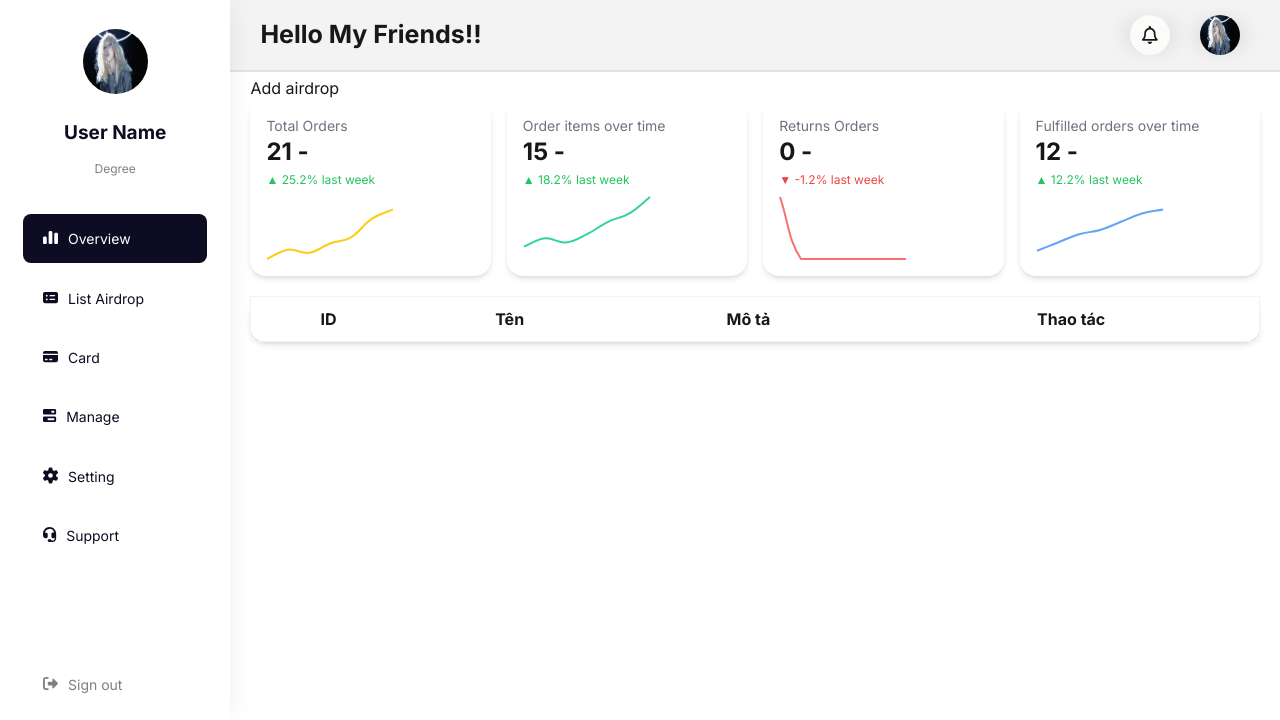
Repository: conGaStuer/airdropmamager
Page: /airdrops
These files come from the project's save history. The page is drawn as it stood at one moment and after the next save; the edit follows.
The browser window is 1280 px wide. The pictures show the whole page.
The page's requests for data from a server got no answer. The project was rebuilt for these pictures with package versions that can differ from the ones it lists, and the page was loaded fresh each time. The framework's server and built-in components were replaced by stand-ins that run in the browser. No one was signed in, and anything a server would have sent is missing. Also part of the build but not shown: next.config.ts.

Above is the page before, as saved 2025-05-26 20:01:26.

### src/app/layout.tsx
// app/layout.tsx
import { Inter } from "next/font/google";
import "../styles/globals.css";
import NavBar from "@/components/NavBar";
import SideBar from "@/components/SideBar";

const inter = Inter({ subsets: ["latin"] });

export const metadata = {
  title: "Airdrop Admin",
  description: "Manage Airdrops",
};

// app/layout.tsx
export default function RootLayout({
  children,
}: {
  children: React.ReactNode;
}) {
  return (
    <html lang="en">
      <body>{children}</body>
    </html>
  );
}

### src/app/airdrops/layout.js
// app/airdrops/layout.js (hoặc layout.tsx nếu bạn dùng TypeScript)
"use client";
import React from "react";
import NavBar from "@/components/NavBar";
import SideBar from "@/components/SideBar";

export default function AirdropLayout({ children }) {
  return (
    <div className="flex">
      <SideBar />
      <div className="flex-1">
        <NavBar />
        <main className="pt-14 ">{children}</main>
      </div>
    </div>
  );
}

### src/app/airdrops/page.js
"use client";
import React from "react";
import { useState, useEffect } from "react";
import axios from "axios";
import { useRouter } from "next/navigation";

import StatCard from "@/components/StatCard";
import "../../styles/table.scss";
export default function AirdropPages() {
  const [airdrops, setAirdrops] = useState([]);

  useEffect(() => {
    const fetchAirdrops = async () => {
      try {
        const res = await axios.get("http://localhost:5000/api/airdrops");
        setAirdrops(res.data);
      } catch (err) {
        console.error("Error fetching airdrops:", err);
      }
    };
    fetchAirdrops();
  }, []);

  const handleDelete = async (id) => {
    if (confirm("Bạn có chắc muốn xóa airdrop này không?")) {
      await axios.delete(`http://localhost:5000/api/airdrops/${id}`);
      const res = await axios.get("http://localhost:5000/api/airdrops");
      setAirdrops(res.data);
    }
  };
  const router = useRouter();
  return (
    <div style={{ padding: 20 }}>
      <button onClick={() => router.push("./airdrops/new")}>Add airdrop</button>
      <div className=" grid grid-cols-1 md:grid-cols-2 lg:grid-cols-4 gap-4">
        <StatCard
          title="Total Orders"
          value={21}
          percentage={25.2}
          isUp={true}
          chartColor="#FACC15" // yellow
          data={[5, 8, 7, 10, 12, 18, 21]}
        />
        <StatCard
          title="Order items over time"
          value={15}
          percentage={18.2}
          isUp={true}
          chartColor="#34D399" // green
          data={[3, 5, 4, 6, 9, 11, 15]}
        />
        <StatCard
          title="Returns Orders"
          value={0}
          percentage={-1.2}
          isUp={false}
          chartColor="#F87171" // red
          data={[1, 0, 0, 0, 0, 0, 0]}
        />
        <StatCard
          title="Fulfilled orders over time"
          value={12}
          percentage={12.2}
          isUp={true}
          chartColor="#60A5FA" // blue
          data={[2, 4, 6, 7, 9, 11, 12]}
        />
      </div>
      <table
        border="1"
        cellPadding="10"
        style={{ marginTop: 20, width: "100%" }}
        className="shadow-md bg-white rounded-2xl "
      >
        <thead>
          <tr>
            <th>ID</th>
            <th>Tên</th>
            <th>Mô tả</th>
            <th>Thao tác</th>
          </tr>
        </thead>
        <tbody>
          {airdrops.map((item) => (
            <tr key={item.id}>
              <td>{item.id}</td>
              <td>{item.name}</td>
              <td>{item.description}</td>
              <td>
                <button
                  onClick={() => router.push(`./airdrops/${item.id}/edit`)}
                >
                  Edit
                </button>
                <button onClick={() => handleDelete(item.id)}>Delete</button>
              </td>
            </tr>
          ))}
        </tbody>
      </table>
    </div>
  );
}

### src/styles/globals.css
@tailwind base;
@tailwind components;
@tailwind utilities;

:root {
  --background: #ffffff;
  --foreground: #171717;
}

@media (prefers-color-scheme: dark) {
  :root {
    --background: #ffffff;
    --foreground: #393737;
  }
}

body {
  color: var(--foreground);
  background: var(--background);
  font-family: inter;
  background-size: cover;
  background-position: center;
}

### src/components/NavBar.js
import React from "react";
import "../styles/navbar.scss";
import { FontAwesomeIcon } from "@fortawesome/react-fontawesome";
import {
  faEdit,
  faTrash,
  faRectangleList,
  faChartSimple,
  faCreditCard,
  faBarsProgress,
  faGear,
  faHeadset,
  faRightFromBracket,
  faRing,
} from "@fortawesome/free-solid-svg-icons";
import { faBell } from "@fortawesome/free-regular-svg-icons";
import Image from "next/image";
export default function NavBar() {
  return (
    <div className="nav-side">
      <p>Hello My Friends!!</p>
      <div className="menu">
        <div className="iconn">
          <FontAwesomeIcon icon={faBell} className="icon" />
        </div>
        <Image src="/styles/avt.jpg" alt="Avatar" width={20} height={20} />
      </div>
    </div>
  );
}

### src/components/SideBar.js
import React from "react";
import "../styles/sideBar.scss";
import { FontAwesomeIcon } from "@fortawesome/react-fontawesome";
import {
  faEdit,
  faTrash,
  faRectangleList,
  faChartSimple,
  faCreditCard,
  faBarsProgress,
  faGear,
  faHeadset,
  faRightFromBracket,
} from "@fortawesome/free-solid-svg-icons";
import Image from "next/image";
import Link from "next/link";
export default function SideBar() {
  return (
    <div className="side-bar">
      <div className="side-info">
        <div className="user-profile">
          <Image src="/styles/avt.jpg" alt="Avatar" width={80} height={80} />
          <h4>User Name</h4>
          <p>Degree</p>
        </div>
      </div>
      <div className="side-menu">
        <div className="menu-element menu-element1">
          <FontAwesomeIcon icon={faChartSimple} className="icon" />

          <span>Overview</span>
        </div>
        <Link href="./airdrops" className="menu-element">
          <FontAwesomeIcon icon={faRectangleList} className="icon" />

          <span>List Airdrop</span>
        </Link>
        <div className="menu-element">
          <FontAwesomeIcon icon={faCreditCard} className="icon" />
          <span>Card</span>
        </div>
        <div className="menu-element">
          <FontAwesomeIcon icon={faBarsProgress} className="icon" />
          <span>Manage</span>
        </div>
        <div className="menu-element">
          <FontAwesomeIcon icon={faGear} className="icon" />
          <span>Setting</span>
        </div>
        <div className="menu-element">
          <FontAwesomeIcon icon={faHeadset} className="icon" />

          <span>Support</span>
        </div>
      </div>
      <div className="side-logout">
        <FontAwesomeIcon icon={faRightFromBracket} className="icon" />
        <span>Sign out</span>
      </div>
    </div>
  );
}

### src/components/StatCard.js
import { Line } from "react-chartjs-2";
import {
  Chart as ChartJS,
  LineElement,
  CategoryScale,
  LinearScale,
  PointElement,
} from "chart.js";

ChartJS.register(LineElement, CategoryScale, LinearScale, PointElement);

export default function StatCard({
  title,
  value,
  percentage,
  chartColor,
  data,
  isUp,
}) {
  return (
    <div className="bg-white p-4 rounded-2xl shadow-md">
      <div className="text-sm text-gray-500">{title}</div>
      <div className="flex items-center justify-between">
        <div className="text-2xl font-bold">{value} -</div>
      </div>
      <div className="flex items-center text-xs text-gray-400 mt-1">
        <span className={isUp ? "text-green-500" : "text-red-500"}>
          {isUp ? "▲" : "▼"} {percentage}% last week
        </span>
      </div>
      <div className="h-16 mt-2">
        <Line
          data={{
            labels: data.map((_, i) => i),
            datasets: [
              {
                data,
                borderColor: chartColor,
                borderWidth: 2,
                tension: 0.4,
                pointRadius: 0,
              },
            ],
          }}
          options={{
            responsive: true,
            plugins: {
              legend: { display: false },
              tooltip: { enabled: false },
            },
            scales: {
              x: { display: false },
              y: { display: false },
            },
          }}
        />
      </div>
    </div>
  );
}

### src/styles/table.scss
table {
  border: 1px solid #f3f3f3;
}

### src/styles/navbar.scss
@mixin center-div {
  display: flex;

  justify-content: space-between;
  align-items: center;
}
@mixin no-space-text {
  margin: 0px;
  padding: 0px;
}
.nav-side {
  width: 82%;
  height: 10vh;
  background-color: #f3f3f3;
  position: fixed;
  float: right;
  right: 0px;

  border-bottom-right-radius: 0px;
  @include center-div();
  padding-left: 30px;
  padding-right: 40px;
  border-bottom: 2px solid rgb(226, 226, 226);
  p {
    font-size: 25px;
    font-weight: bold;
    font-family: "Inter", sans-serif;
  }
  .menu {
    width: 120px;
    height: 90%;
    @include center-div();

    .iconn {
      width: 40px;
      height: 40px;
      background-color: #fbfbfa;
      border-radius: 50%;
      @include center-div();
      justify-content: center;
      position: relative;
      left: 10px;
      box-shadow: 10px 0 20px -5px rgba(0, 0, 0, 0.1),
        -10px 0 20px -5px rgba(0, 0, 0, 0.1);

      .icon {
        font-size: 18px;
      }
    }
    img {
      width: 40px;
      height: 40px;
      border-radius: 50%;
      box-shadow: 10px 0 20px -5px rgba(0, 0, 0, 0.1),
        -10px 0 20px -5px rgba(0, 0, 0, 0.1);
    }
  }
}

### src/styles/sideBar.scss
@mixin center-div {
  display: flex;
  flex-direction: column;
  justify-content: space-between;
  align-items: center;
}
@mixin no-space-text {
  margin: 0px;
  padding: 0px;
}
.side-bar {
  font-family: "Inter", sans-serif;
  @include center-div();
  width: 18%;
  height: 100vh;
  background-color: white;
  color: #808080;
  box-shadow: 10px 0 20px -5px rgba(0, 0, 0, 0.05),
    -10px 0 20px -5px rgba(0, 0, 0, 0.05);
  z-index: 1;
  .icon {
    font-size: 15px;
    margin-right: 10px;
    position: relative;
    top: -1px;
  }
  .side-info {
    width: 80%;
    height: 34%;
    display: flex;
    flex-direction: column;
    justify-content: space-around;
    align-items: center;
    position: relative;
    top: -10px;
    h4 {
      @include no-space-text();
      font-size: 18px;
      font-weight: bold;
    }
    .user-profile {
      width: 75%;
      height: 68%;
      @include center-div();

      img {
        width: 65px;
        height: 65px;
        border-radius: 50%;
      }
      h4 {
        font-size: 19px;
        font-weight: bold;
        @include no-space-text();
        position: relative;
        top: -3px;
        color: #0d0c22;
      }
      p {
        @include no-space-text();
        font-size: 12px;
        position: relative;
        top: -18px;
      }
    }
  }
  .side-menu {
    width: 80%;
    height: 48%;
    @include center-div();
    position: relative;
    top: -65px;
    .menu-element {
      width: 100%;
      height: 14%;
      background-color: white;
      border-radius: 8px;
      font-size: 14px;
      display: flex;
      align-items: center;
      padding: 20px;
      color: #0d0c22;
    }
    .menu-element1 {
      background-color: #0d0c22;
      color: white;
    }
  }
  .side-logout {
    width: 80%;
    height: 7%;
    display: flex;
    align-items: center;
    padding: 20px;
    margin-bottom: 10px;
    span {
      font-size: 14px;
    }
  }
}

### tailwind.config.ts
import type { Config } from "tailwindcss";

export default {
  content: [
    "./src/pages/**/*.{js,ts,jsx,tsx,mdx}",
    "./src/components/**/*.{js,ts,jsx,tsx,mdx}",
    "./src/app/**/*.{js,ts,jsx,tsx,mdx}",
  ],
  theme: {
    extend: {
      colors: {
        background: "var(--background)",
        foreground: "var(--foreground)",
      },
      fontFamily: {
        sans: ["var(--font-inter)", "sans-serif"],
      },
    },
  },
  plugins: [],
} satisfies Config;

After the next save:
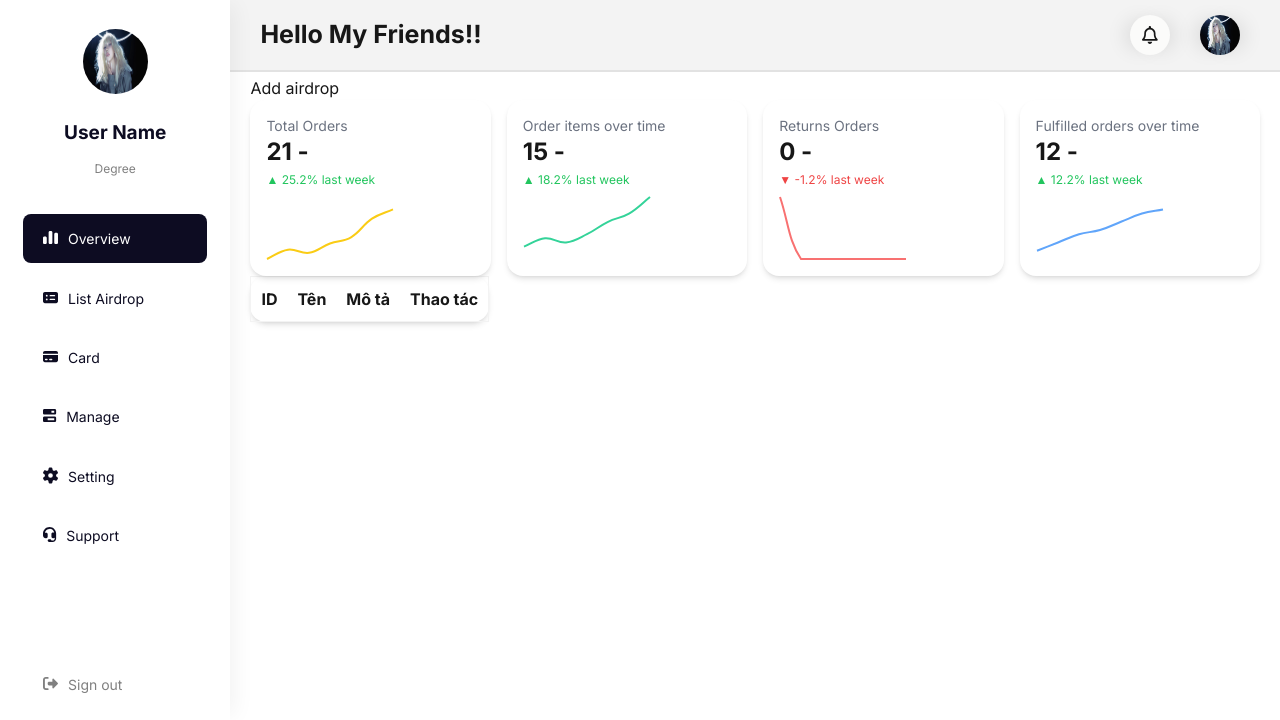
Saved 7 s later.
--- a/src/app/airdrops/page.js
+++ b/src/app/airdrops/page.js
@@ -69,7 +69,6 @@
       <table
         border="1"
         cellPadding="10"
-        style={{ marginTop: 20, width: "100%" }}
         className="shadow-md bg-white rounded-2xl "
       >
         <thead>

After the save that followed:
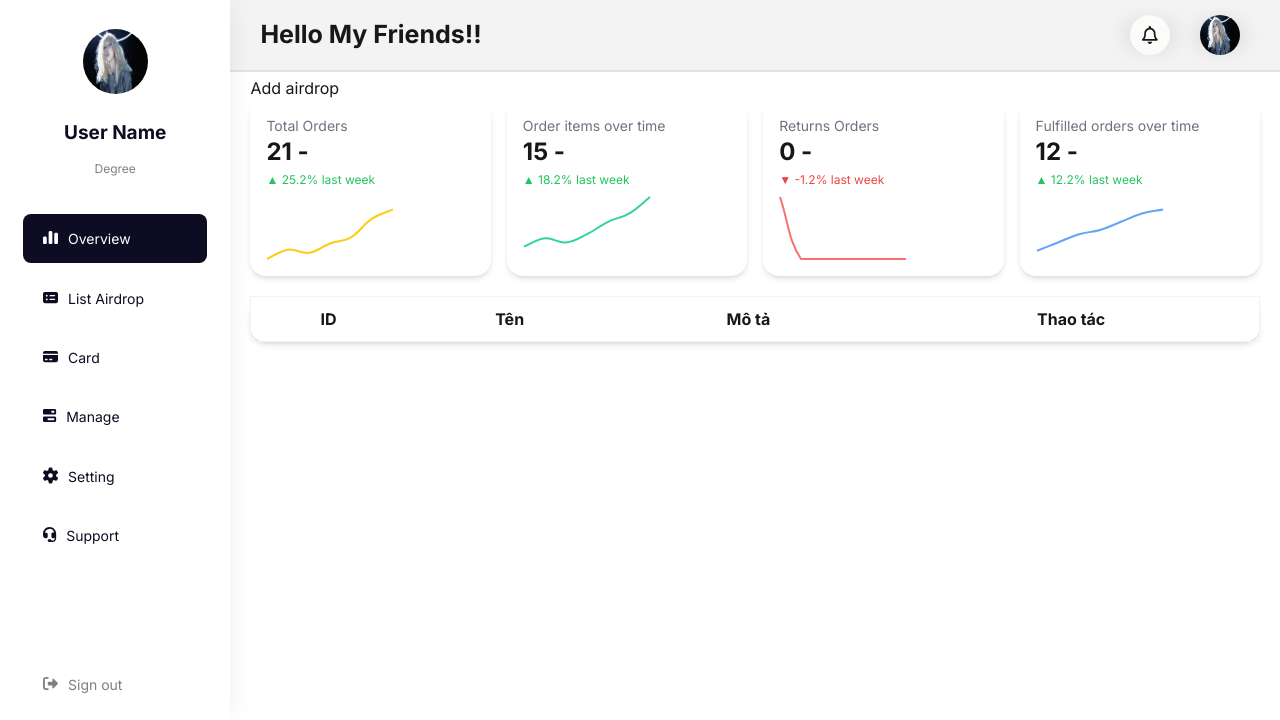
Saved 5 s later.
--- a/src/app/airdrops/page.js
+++ b/src/app/airdrops/page.js
@@ -69,6 +69,7 @@
       <table
         border="1"
         cellPadding="10"
+        style={{ marginTop: 20, width: "100%" }}
         className="shadow-md bg-white rounded-2xl "
       >
         <thead>
